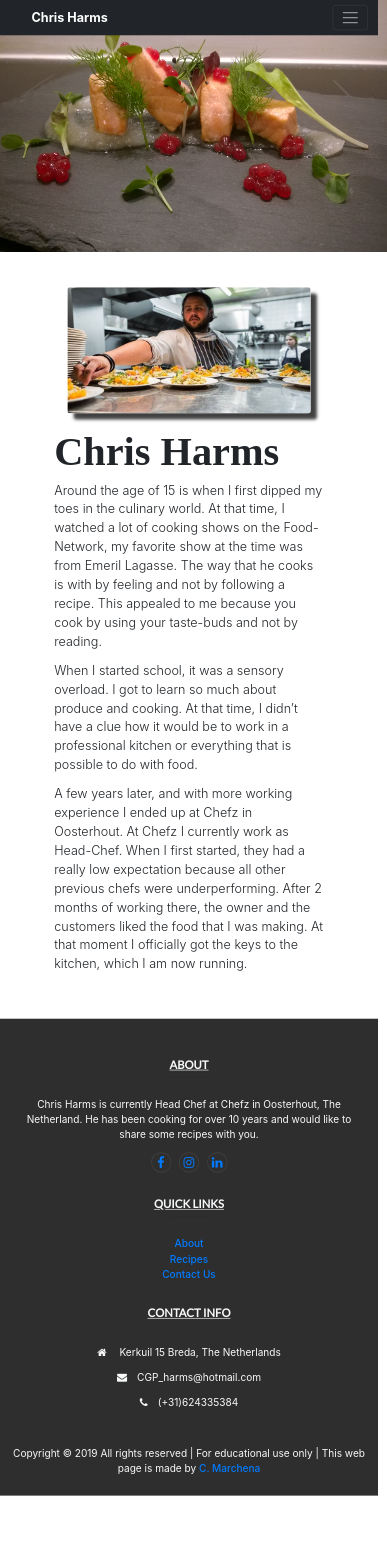
Repository: dugudugu/chris-harms-web
Page: about.html
The author's editor kept a record of every edit. The page is drawn from the files as they stood at one moment, then again after the next edit.
The browser window is 600 px wide. The page is 615 px wide, so the pictures cover 615 px, including what lies to the right of the window. The pictures show the whole page, at 63% of full size.
Some web fonts or font styles are not loaded; a fallback is used.

Above is the page before.

After the next edit:
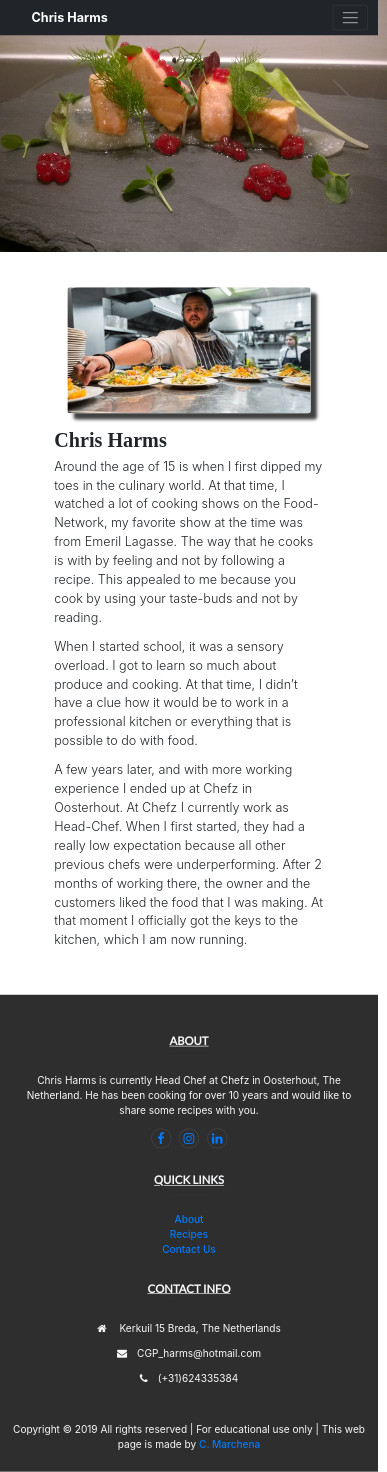
The edit:
--- a/css/about.css
+++ b/css/about.css
@@ -173,6 +173,13 @@
         height: 90%;
         display: block !important;
         margin: auto;
+    }
+    h4 {
+        font-size: 2rem;
+    }
+}
+
+
 
 @media (min-width: 768px) and (max-width: 1024px) {
     h4 {
